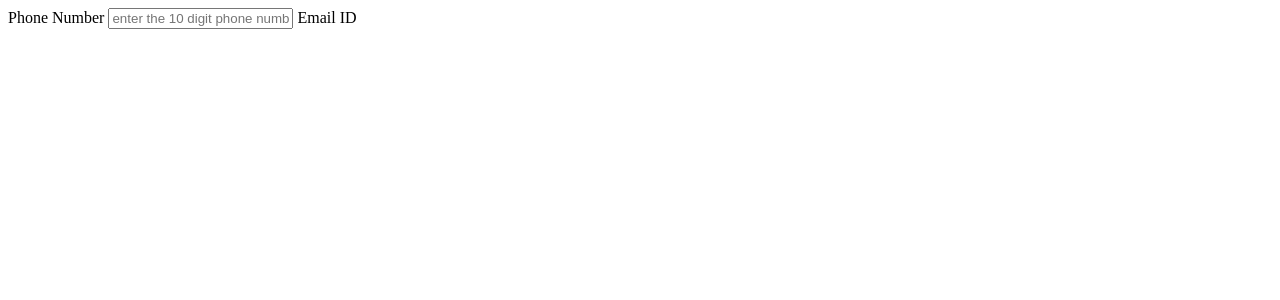
Repository: derekhub/IndiaTrainingProgramProjects
Page: ServletExample/WebContent/DueFinder.html
These files come from the project's save history. The page is drawn as it stood at one moment and after the next save; the edit follows.
The browser window is 1280 px wide. The pictures show the whole page.

Above is the page before, as saved 2016-08-23 09:27:45.

### ServletExample/WebContent/DueFinder.html
<!DOCTYPE html>
<html>
<head>
<meta charset="ISO-8859-1">
<title>Calculate Amount Due</title>
</head>
<body>

<form action="FindDueServlet" method="get">

  <label>Phone Number</label>
  <input type="text" name="phoneNumber" id="phoneNumber" required="required" placeholder="enter the 10 digit phone number">

  <label id="label-1">Email ID</label>

</form>

</body>
</html>

After the next save:
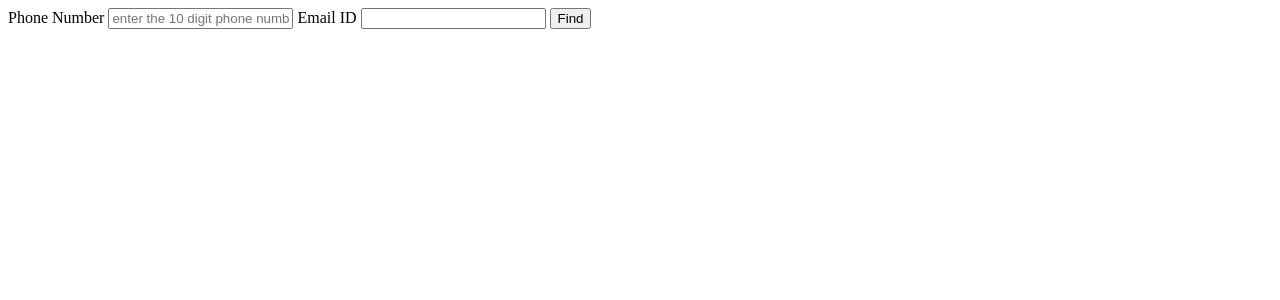
Saved 51 s later.
--- a/ServletExample/WebContent/DueFinder.html
+++ b/ServletExample/WebContent/DueFinder.html
@@ -12,6 +12,9 @@
   <input type="text" name="phoneNumber" id="phoneNumber" required="required" placeholder="enter the 10 digit phone number">
 
   <label id="label-1">Email ID</label>
+  <input type="email" name="email" multiple="multiple" required="required">
+
+  <input type="submit" value="Find">
 
 </form>
 
